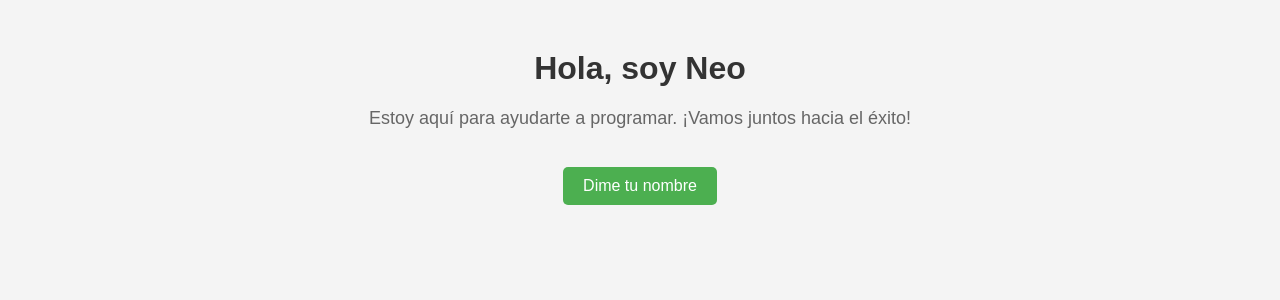
Repository: TapZc/getya_proyect
Page: Neo2.html
These files come from the project's save history. The page is drawn as it stood at one moment and after the next save; the edit follows.
The browser window is 1280 px wide. The pictures show the whole page.

Above is the page before, as saved 2025-02-18 22:51:57.

After the next save:
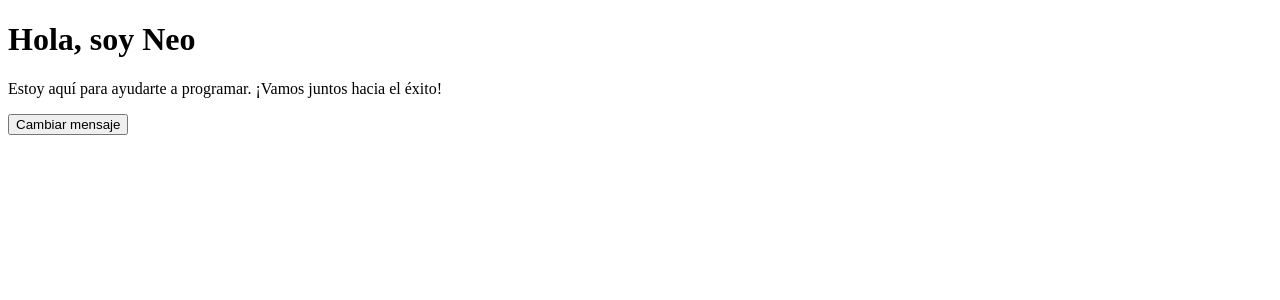
Saved 4 min 34 s later.
--- a/Neo2.html
+++ b/Neo2.html
@@ -3,51 +3,16 @@
   <head>
     <meta charset="UTF-8" />
     <meta name="viewport" content="width=device-width, initial-scale=1.0" />
-    <title>Neo 2.0 - Tu Ayudante Programador</title>
-    <style>
-      body {
-        font-family: Arial, sans-serif;
-        background-color: #f4f4f4;
-        text-align: center;
-        margin-top: 50px;
-      }
-      h1 {
-        color: #333;
-      }
-      p {
-        font-size: 18px;
-        color: #666;
-      }
-      button {
-        margin-top: 20px;
-        padding: 10px 20px;
-        font-size: 16px;
-        background-color: #4CAF50;
-        color: white;
-        border: none;
-        border-radius: 5px;
-        cursor: pointer;
-      }
-      button:hover {
-        background-color: #45a049;
-      }
-    </style>
+    <title>Neo 2.0 - Prueba Simple</title>
   </head>
   <body>
     <h1>Hola, soy Neo</h1>
     <p id="mensaje">Estoy aquí para ayudarte a programar. ¡Vamos juntos hacia el éxito!</p>
-    <button onclick="preguntarNombre()">Dime tu nombre</button>
+    <button onclick="cambiarMensaje()">Cambiar mensaje</button>
 
     <script>
-      function preguntarNombre() {
-        const nombre = prompt("¿Cuál es tu nombre?");
-        if (nombre) {
-          document.getElementById("mensaje").textContent =
-            "¡Hola, " + nombre + "! Soy Neo, tu ayudante programador.";
-        } else {
-          document.getElementById("mensaje").textContent =
-            "No me dijiste tu nombre 😢. Igual estaré aquí para ayudarte.";
-        }
+      function cambiarMensaje() {
+        document.getElementById("mensaje").textContent = "¡Hola, Carlos! Soy Neo, tu ayudante programador.";
       }
     </script>
   </body>

After the save that followed:
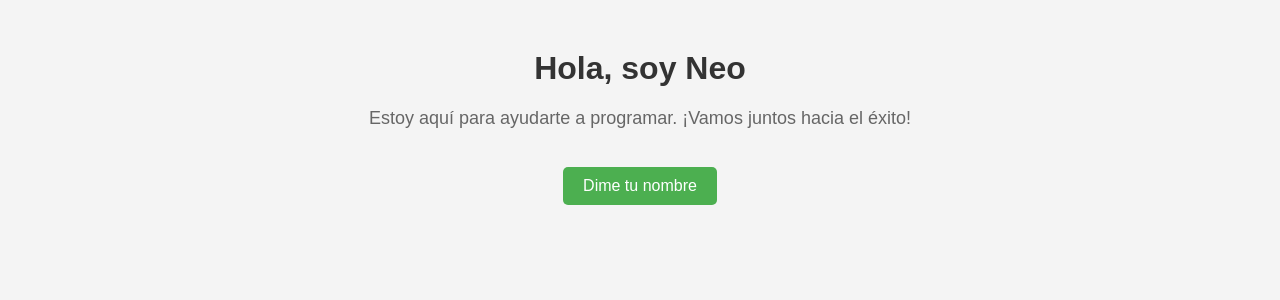
Saved 3 min 46 s later.
--- a/Neo2.html
+++ b/Neo2.html
@@ -3,16 +3,51 @@
   <head>
     <meta charset="UTF-8" />
     <meta name="viewport" content="width=device-width, initial-scale=1.0" />
-    <title>Neo 2.0 - Prueba Simple</title>
+    <title>Neo 2.0 - Tu Ayudante Programador</title>
+    <style>
+      body {
+        font-family: Arial, sans-serif;
+        background-color: #f4f4f4;
+        text-align: center;
+        margin-top: 50px;
+      }
+      h1 {
+        color: #333;
+      }
+      p {
+        font-size: 18px;
+        color: #666;
+      }
+      button {
+        margin-top: 20px;
+        padding: 10px 20px;
+        font-size: 16px;
+        background-color: #4CAF50;
+        color: white;
+        border: none;
+        border-radius: 5px;
+        cursor: pointer;
+      }
+      button:hover {
+        background-color: #45a049;
+      }
+    </style>
   </head>
   <body>
     <h1>Hola, soy Neo</h1>
     <p id="mensaje">Estoy aquí para ayudarte a programar. ¡Vamos juntos hacia el éxito!</p>
-    <button onclick="cambiarMensaje()">Cambiar mensaje</button>
+    <button onclick="preguntarNombre()">Dime tu nombre</button>
 
     <script>
-      function cambiarMensaje() {
-        document.getElementById("mensaje").textContent = "¡Hola, Carlos! Soy Neo, tu ayudante programador.";
+      function preguntarNombre() {
+        const nombre = prompt("¿Cuál es tu nombre?");
+        if (nombre) {
+          document.getElementById("mensaje").textContent =
+            "¡Hola, " + nombre + "! Soy Neo, tu ayudante programador.";
+        } else {
+          document.getElementById("mensaje").textContent =
+            "No me dijiste tu nombre 😢. Igual estaré aquí para ayudarte.";
+        }
       }
     </script>
   </body>
